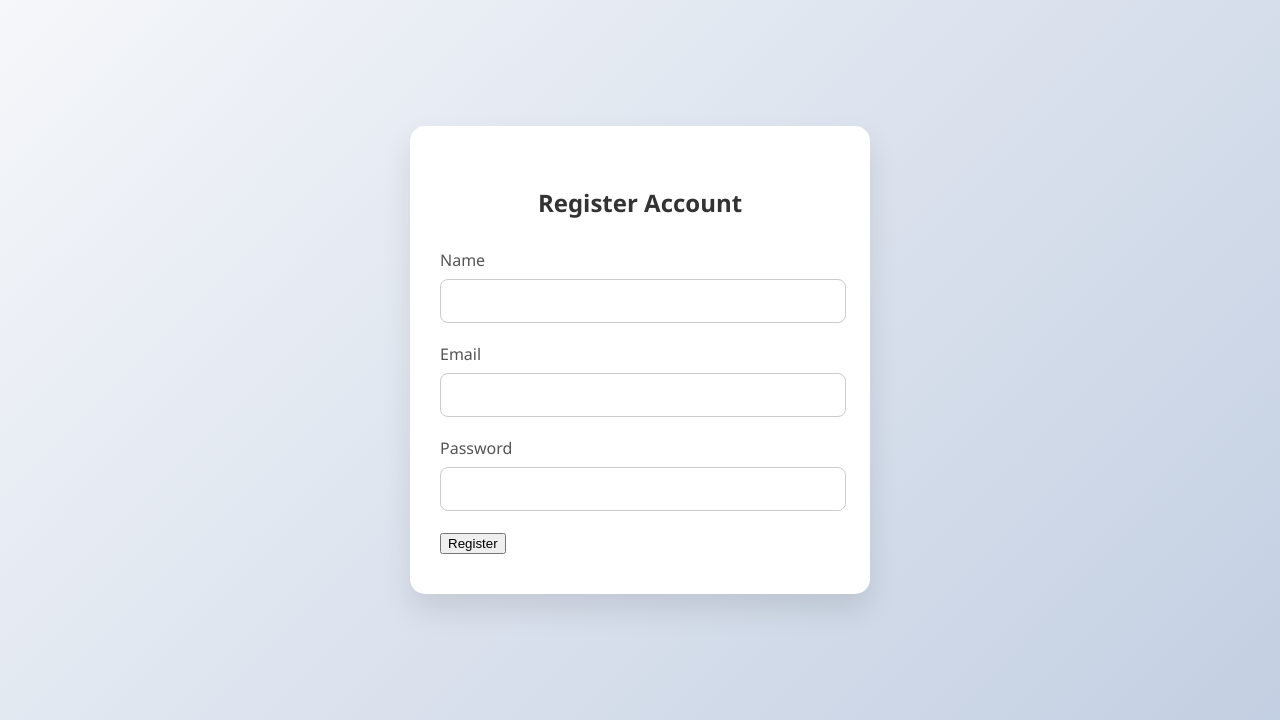
Repository: Pushc/Ecommerce
Page: frontend/register.html
The author's editor kept a copy of each file at every save. The page is drawn from the files as they stood at one save, then again after the next save.
The browser window is 1280 px wide. The pictures show the whole page.

Above is the page before, as saved 2025-05-08 18:28:21.

### frontend/register.html
<!DOCTYPE html>
<html lang="en">
<head>
  <meta charset="UTF-8">
  <meta name="viewport" content="width=device-width, initial-scale=1">
  <title>Register</title>
  <style>
    body {
      margin: 0;
      padding: 0;
      font-family: "Segoe UI", Tahoma, Geneva, Verdana, sans-serif;
      background: linear-gradient(135deg, #f5f7fa, #c3cfe2);
      height: 100vh;
      display: flex;
      justify-content: center;
      align-items: center;
    }

    .login-container {
      background: #ffffff;
      padding: 40px 30px;
      border-radius: 15px;
      box-shadow: 0 15px 30px rgba(0, 0, 0, 0.1);
      width: 100%;
      max-width: 400px;
    }

    .login-container h2 {
      text-align: center;
      margin-bottom: 30px;
      color: #333;
    }

    .form-group {
      margin-bottom: 20px;
    }

    .form-group label {
      display: block;
      margin-bottom: 8px;
      color: #555;
    }

    .form-group input {
      width: 95%;
      padding: 12px;
      border: 1px solid #ccc;
      border-radius: 8px;
      font-size: 16px;
      transition: 0.3s;
    }

    .form-group input:focus {
      border-color: #007bff;
      outline: none;
      box-shadow: 0 0 5px rgba(0, 123, 255, 0.4);
    }

    .login-btn {
      width: 100%;
      padding: 12px;
      background-color: #007bff;
      color: white;
      border: none;
      border-radius: 8px;
      font-size: 16px;
      cursor: pointer;
      transition: background-color 0.3s;
    }

    .login-btn:hover {
      background-color: #0056b3;
    }

    .signup-link {
      text-align: center;
      margin-top: 15px;
      font-size: 14px;
    }

    .signup-link a {
      color: #007bff;
      text-decoration: none;
    }

    .signup-link a:hover {
      text-decoration: underline;
    }
  </style>

  <script src="https://cdn.jsdelivr.net/npm/axios/dist/axios.min.js"></script>
</head>
<body>

  <div class="login-container">
    <h2>Register Account</h2>
    <form id="register-form" method="post">
      <div class="form-group">
        <label for="name">Name</label>
        <input type="text" id="name" name="name" required />
      </div>
      <div class="form-group">
        <label for="email">Email</label>
        <input type="text" id="email" name="email" required />
      </div>
      <div class="form-group">
        <label for="password">Password</label>
        <input type="password" id="password" name="password" required />
      </div>
      <button type="submit" class="register-btn">Register</button>
    </form>
  </div>



  <script src="/js/register.js"></script>
</body>
</html>

### frontend/js/register.js
document.getElementById("register-form").addEventListener("submit", function (e) {
    e.preventDefault();

    const email = document.getElementById("email").value;
    const password = document.getElementById("password").value;
    const name = document.getElementById("name").value;

    axios.post("http://localhost:8080/users/register", {
      name,
      email,
      password
    })
    .then(response => {
      const token = response.data;
      window.location.href = "login.html";
    })
    .catch(error => {
      alert("Invalid credentials. Please try again.");
    });
  });

After the next save:
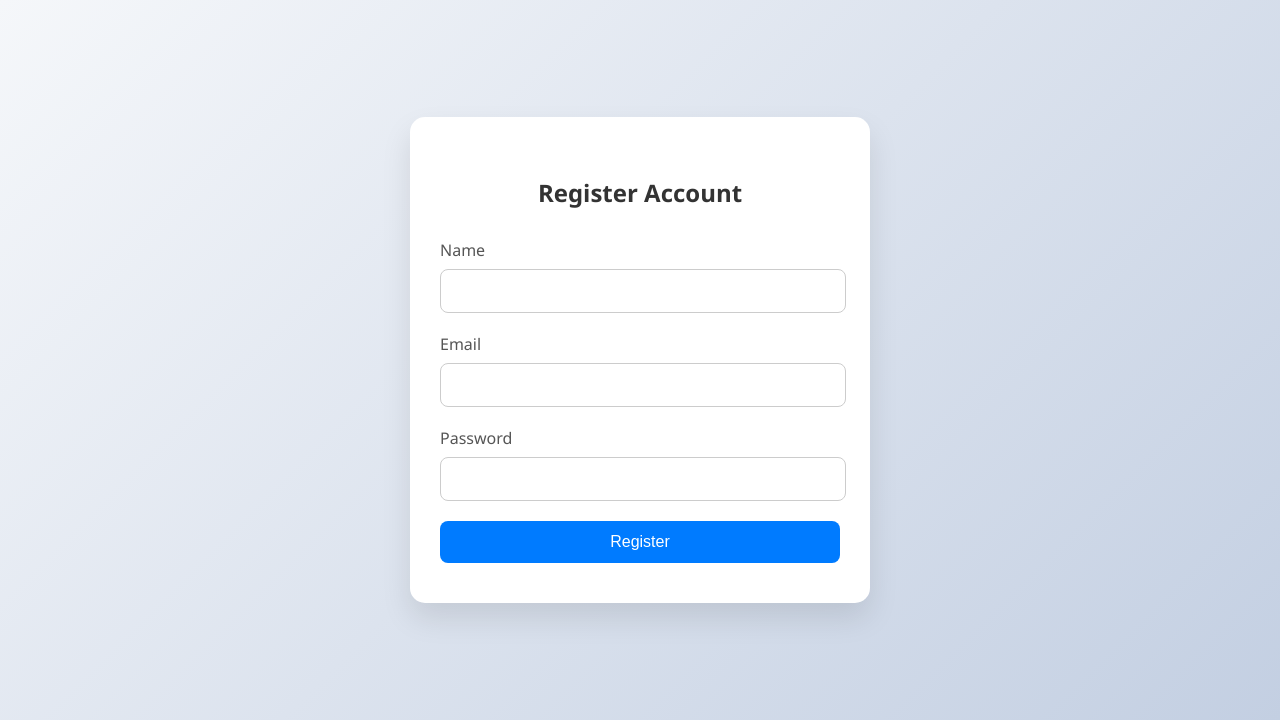
Saved 2 min 24 s later.
--- a/frontend/register.html
+++ b/frontend/register.html
@@ -56,7 +56,7 @@
       box-shadow: 0 0 5px rgba(0, 123, 255, 0.4);
     }
 
-    .login-btn {
+    .register-btn {
       width: 100%;
       padding: 12px;
       background-color: #007bff;
@@ -68,7 +68,7 @@
       transition: background-color 0.3s;
     }
 
-    .login-btn:hover {
+    .register-btn:hover {
       background-color: #0056b3;
     }
 
